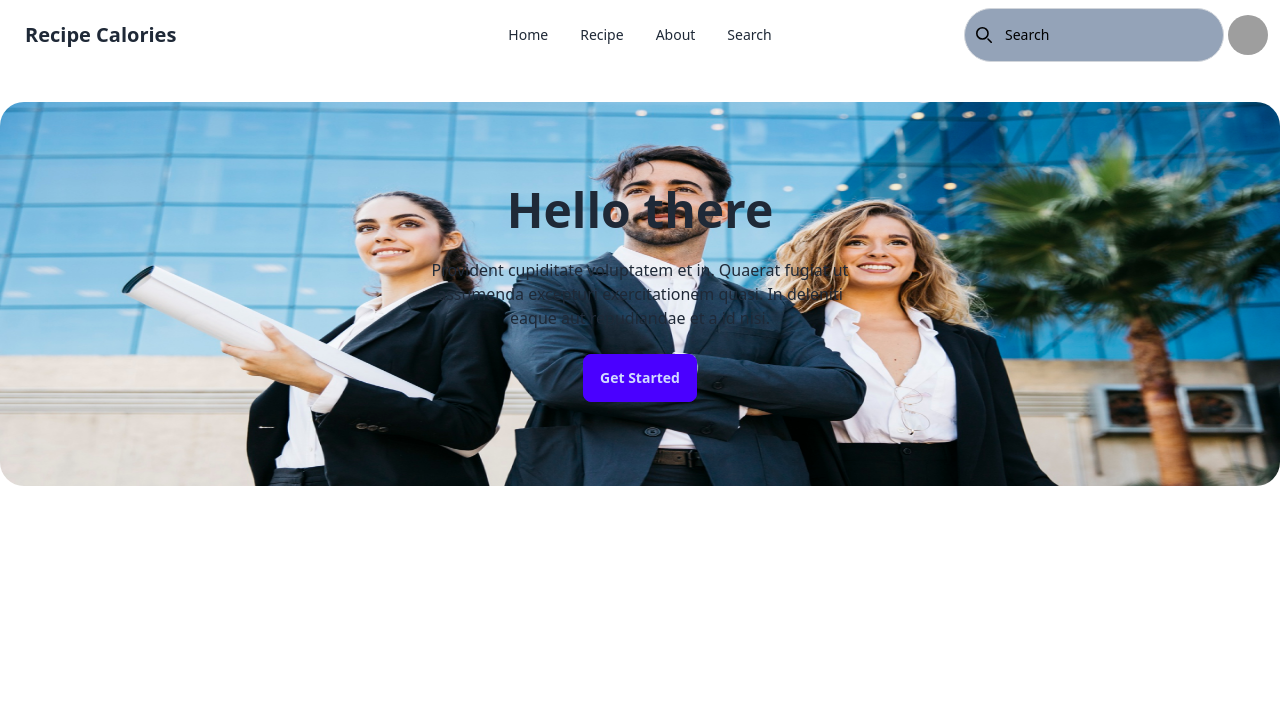
Repository: RudrasahaDibos/Chefs-table
Page: /
An editor plug-in stored every save of this project. The page is shown before and after the next save, followed by the edit.
The browser window is 1280 px wide. The pictures show the whole page.
Pictures or frames that could not be fetched are drawn as grey boxes. The project was rebuilt for these pictures with package versions that can differ from the ones it lists, and the page was loaded fresh each time. Also part of the build but not shown: vite.config.js, src/App.css.

Above is the page before, as saved 2024-12-19 09:46:10.

### src/App.jsx

import './App.css'
import Banner from './Component/Banner/Banner'
import Header from './Component/Header/Header'
import Recipes from './Component/Recipes/Recipes'

function App() {


  return (
    <div className='container mx-auto'>
        <Header></Header>
        <Banner></Banner>
        <Recipes></Recipes>

    </div>
  )
}

export default App

### src/Component/Banner/Banner.jsx
import img from '../Banner/Image/Rectangle 12.png'

const Banner = () => {
    return (
        <div className='max-w-7xl mx-auto mt-8'>
            <div className="hero ">
     <img src={img} alt="" className='h-96 w-full rounded-3xl' />
  <div className="hero-content text-center">
    <div className="max-w-md">
      <h1 className="text-5xl font-bold">Hello there</h1>
      <p className="py-6">
        Provident cupiditate voluptatem et in. Quaerat fugiat ut assumenda excepturi exercitationem
        quasi. In deleniti eaque aut repudiandae et a id nisi.
      </p>
      <button className="btn btn-primary">Get Started</button>
    </div>
  </div>
</div>
        </div>
    );
};

export default Banner;

### src/Component/Header/Header.jsx

const Header = () => {
    return (
        <div className="max-w-7xl mx-auto">
              <div className="navbar bg-base-100">
  <div className="navbar-start">
    <div className="dropdown">
      <div tabIndex="0" role="button" className="btn btn-ghost lg:hidden">
        <svg
          xmlns="http://www.w3.org/2000/svg"
          className="h-5 w-5"
          fill="none"
          viewBox="0 0 24 24"
          stroke="currentColor">
          <path
            strokeLinecap="round"
            strokeLinejoin="round"
            strokeWidth="2"
            d="M4 6h16M4 12h8m-8 6h16" />
        </svg>
      </div>
      <ul
        tabIndex="0"
        className="menu menu-sm dropdown-content bg-base-100 rounded-box z-[1] mt-3 w-52 p-2 shadow">
        <li><a>Home</a></li>
      <li><a>Recipe</a></li>
      <li><a>About</a></li>
      <li><a>Search</a></li>
      </ul>
    </div>
    <a className="btn btn-ghost text-xl font-bold">Recipe Calories</a>
  </div>
  <div className="navbar-center hidden lg:flex">
    <ul className="menu menu-horizontal px-1">
      <li><a>Home</a></li>
      <li><a>Recipe</a></li>
      <li><a>About</a></li>
      <li><a>Search</a></li>
    </ul>
  </div>
  <div className="navbar-end ">
  <div className="form-control ">


<form className="max-w-md mx-auto">
    <div className="relative">
        <div className="absolute inset-y-0 start-0 flex items-center ps-3 pointer-events-none">
            <svg className="w-4 h-4 text-black dark:text-gray-400" aria-hidden="true" xmlns="http://www.w3.org/2000/svg" fill="none" viewBox="0 0 20 20">
                <path stroke="currentColor" strokeLinecap="round" strokeLinejoin="round" strokeWidth="2" d="m19 19-4-4m0-7A7 7 0 1 1 1 8a7 7 0 0 1 14 0Z"/>
            </svg>
        </div>
        <input type="search" id="default-search" className="block w-full p-4 ps-10 text-sm text-black border border-gray-300  bg-slate-400 focus:ring-blue-500 rounded-full focus:border-blue-500 dark:bg-gray-700 dark:border-gray-600 placeholder-black dark:text-white dark:focus:ring-blue-500 dark:focus:border-blue-500" placeholder="Search " required />

    </div>
</form>


    </div>
    <div tabIndex="0" role="button" className="btn btn-ghost btn-circle avatar">
        <div className="w-10 rounded-full">
          <img
            alt="Tailwind CSS Navbar component"
            src="https://img.daisyui.com/images/stock/photo-1534528741775-53994a69daeb.webp" />
        </div>
      </div>
  </div>
</div>
        </div>
    );
};

export default Header;

### src/Component/Recipes/Recipes.jsx
import React from 'react';

const Recipes = () => {
    return (
        <div>

        </div>
    );
};

export default Recipes;

Loaded but not shown: index.html (common file); src/main.jsx (common file); src/index.css (common file); tailwind.config.js (common file)

After the next save:
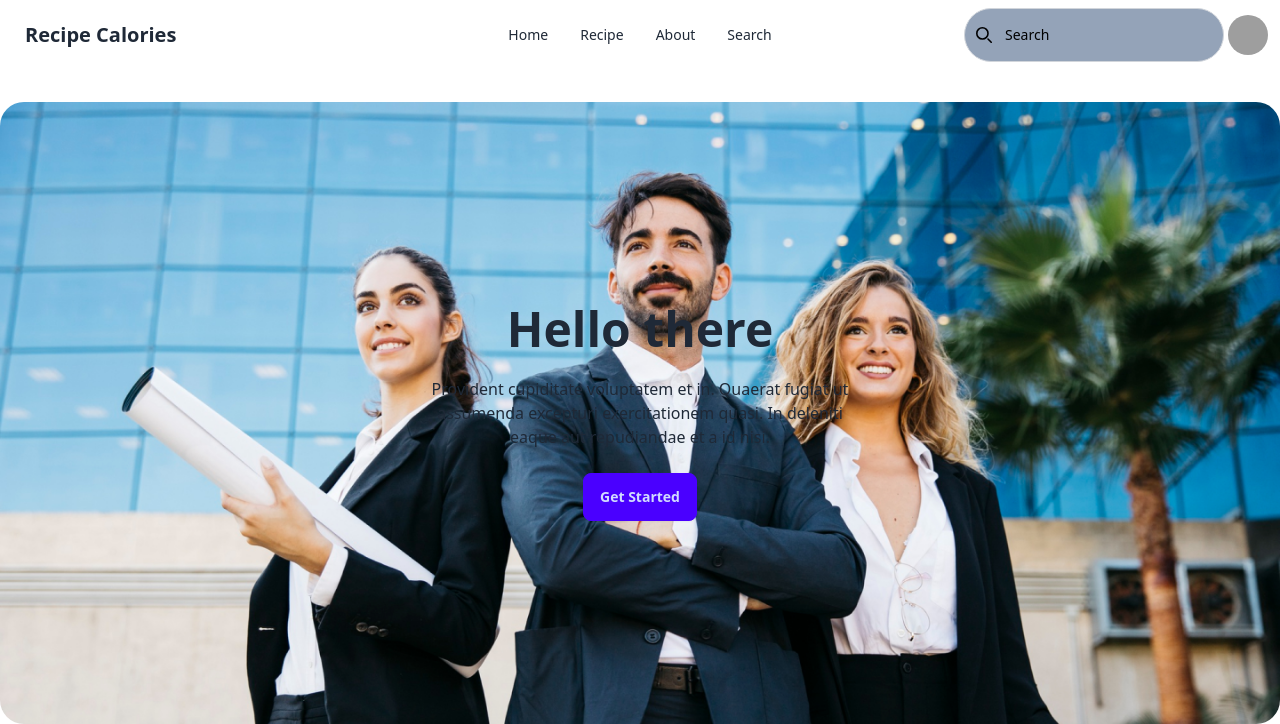
Saved 13 s later.
--- a/src/Component/Banner/Banner.jsx
+++ b/src/Component/Banner/Banner.jsx
@@ -4,7 +4,7 @@ const Banner = () => {
     return (
         <div className='max-w-7xl mx-auto mt-8'>
             <div className="hero ">
-     <img src={img} alt="" className='h-96 w-full rounded-3xl' />
+     <img src={img} alt="" className='h- w-full rounded-3xl' />
   <div className="hero-content text-center">
     <div className="max-w-md">
       <h1 className="text-5xl font-bold">Hello there</h1>
